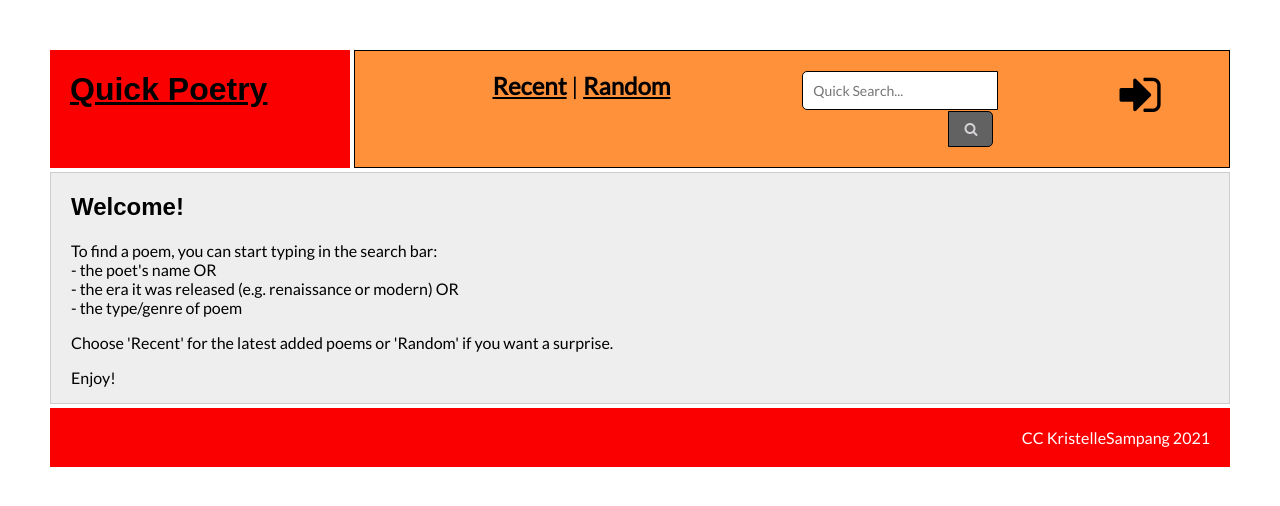
Repository: sampangk71280/Poetry_DB
Page: http://localhost/index.php?page=home
These files come from the project's save history. The page is drawn as it stood at one moment and after the next save; the edit follows.
The browser window is 1280 px wide. The pictures show the whole page.
Some web fonts or font styles are not loaded; a fallback is used. The page is run by PHP 8.4 with error messages shown; the project is at /var/www/html/.

Above is the page before, as saved 2021-12-07 13:44:02.

After the next save:
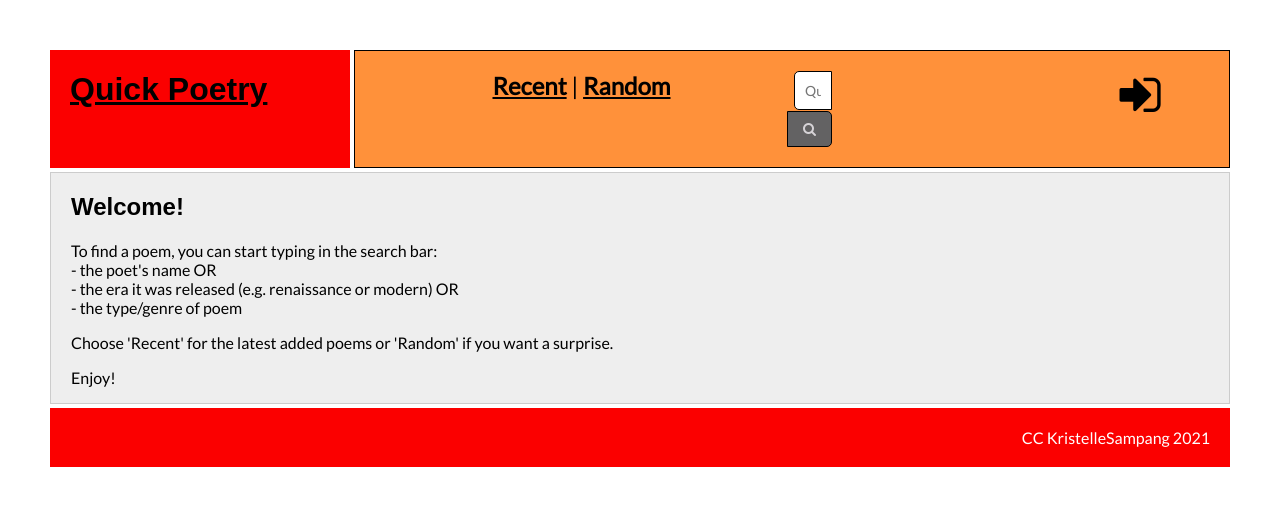
Saved 68 s later.
--- a/theme/quick_poetry.css
+++ b/theme/quick_poetry.css
@@ -85,7 +85,7 @@ body {
 .topsearch {
     grid-area: topsearch;
     text-align: right;
-    width: 75%;
+    width: 40px;
 }
 
 .topadmin {
